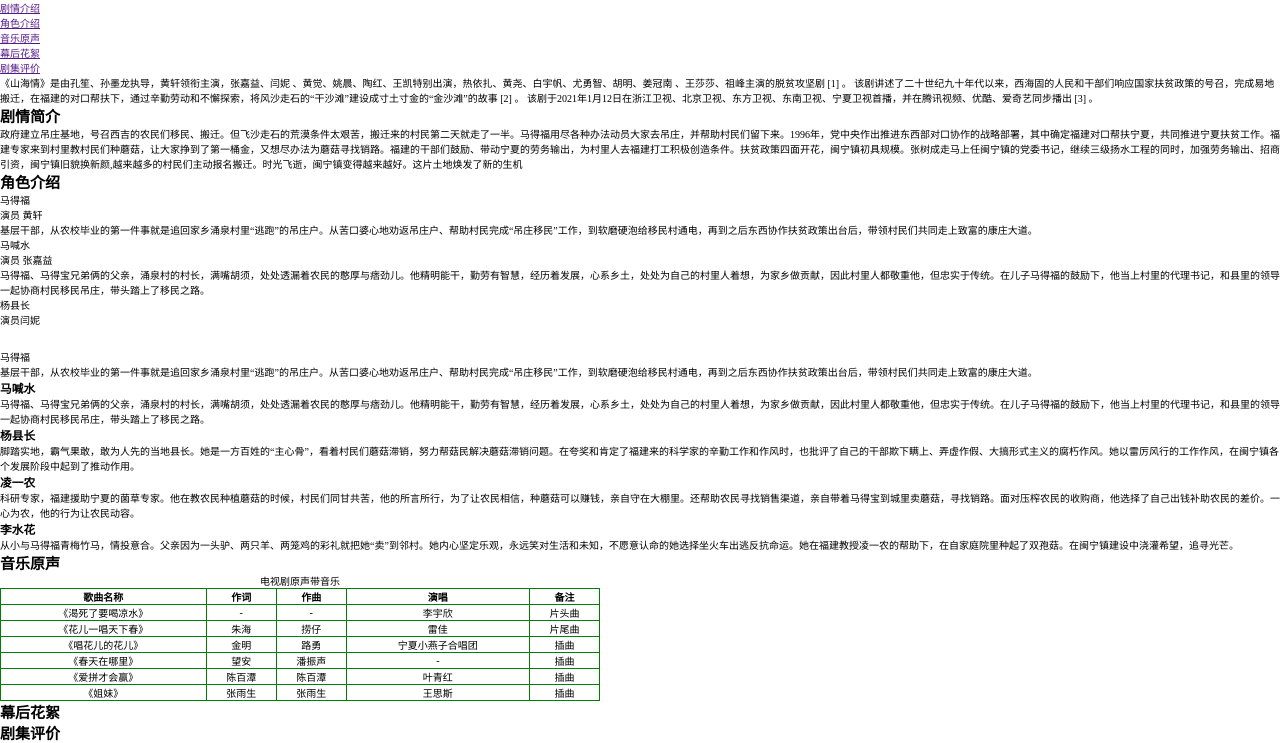
Repository: Lixianlai-2/static-website
Page: index.html
These files come from the project's save history. The page is drawn as it stood at one moment and after the next save; the edit follows.
The browser window is 1280 px wide. The pictures show the whole page.

Above is the page before, as saved 2021-11-30 20:19:47.

### index.html
<!DOCTYPE html>
<html lang="zh-CN">
  <head>
    <meta charset="UTF-8" />
    <meta http-equiv="X-UA-Compatible" content="IE=edge" />
    <meta
      name="viewport"
      content="width=device-width, initial-scale=1.0"
      content="ie=edge"
    />
    <title>山海情</title>

    <style>
      * {
        margin: 0;
        padding: 0;
        box-sizing: border-box;
      }

      body {
        font-size: 10px;
      }

      img {
        max-width: 100%;
      }

      table {
        text-align: center;
        max-width: 100%;
        width: 600px;
        table-layout: auto;
        border-collapse: collapse;
        border-spacing: 0;
      }

      th,
      td {
        border: 1px solid green;
      }
    </style>
  </head>
  <body>
    <nav>
      <ol>
        <li><a href="">剧情介绍</a></li>
        <li><a href="">角色介绍</a></li>
        <li><a href="">音乐原声</a></li>
        <li><a href="">幕后花絮</a></li>
        <li><a href="">剧集评价</a></li>
      </ol>
    </nav>

    <p>
      《山海情》是由孔笙、孙墨龙执导，黄轩领衔主演，张嘉益、闫妮
      、黄觉、姚晨、陶红、王凯特别出演，热依扎、黄尧、白宇帆、尤勇智、胡明、姜冠南
      、王莎莎、祖峰主演的脱贫攻坚剧 [1] 。
      该剧讲述了二十世纪九十年代以来，西海固的人民和干部们响应国家扶贫政策的号召，完成易地搬迁，在福建的对口帮扶下，通过辛勤劳动和不懈探索，将风沙走石的“干沙滩”建设成寸土寸金的“金沙滩”的故事
      [2] 。
      该剧于2021年1月12日在浙江卫视、北京卫视、东方卫视、东南卫视、宁夏卫视首播，并在腾讯视频、优酷、爱奇艺同步播出
      [3] 。
    </p>

    <h2>剧情简介</h2>
    <p>
      政府建立吊庄基地，号召西吉的农民们移民、搬迁。但飞沙走石的荒漠条件太艰苦，搬迁来的村民第二天就走了一半。马得福用尽各种办法动员大家去吊庄，并帮助村民们留下来。1996年，党中央作出推进东西部对口协作的战略部署，其中确定福建对口帮扶宁夏，共同推进宁夏扶贫工作。福建专家来到村里教村民们种蘑菇，让大家挣到了第一桶金，又想尽办法为蘑菇寻找销路。福建的干部们鼓励、带动宁夏的劳务输出，为村里人去福建打工积极创造条件。扶贫政策四面开花，闽宁镇初具规模。张树成走马上任闽宁镇的党委书记，继续三级扬水工程的同时，加强劳务输出、招商引资，闽宁镇旧貌换新颜,越来越多的村民们主动报名搬迁。时光飞逝，闽宁镇变得越来越好。这片土地焕发了新的生机
    </p>

    <h2>角色介绍</h2>

    <ul>
      <li>
        <dl>
          <dt>
            <!-- div.role-name>span.item-value+div.role-actor>span.item-key+span.item-value -->
            <div class="role-name">
              <span class="item-value">马得福</span>
              <div class="role-actor">
                <span class="item-key">演员</span>
                <span class="item-value">黄轩</span>
              </div>
            </div>
          </dt>
          <dl>
            <p>
              基层干部，从农校毕业的第一件事就是追回家乡涌泉村里“逃跑”的吊庄户。从苦口婆心地劝返吊庄户、帮助村民完成“吊庄移民”工作，到软磨硬泡给移民村通电，再到之后东西协作扶贫政策出台后，带领村民们共同走上致富的康庄大道。
            </p>
          </dl>
        </dl>
      </li>
      <li>
        <dl>
          <dt>
            <div class="role-name">
              <span class="item-value">马喊水</span>
              <div class="role-actor">
                <span class="item-key">演员</span
                ><span class="item-value"> 张嘉益</span>
                <dl>
                  <p>
                    马得福、马得宝兄弟俩的父亲，涌泉村的村长，满嘴胡须，处处透漏着农民的憨厚与痞劲儿。他精明能干，勤劳有智慧，经历着发展，心系乡土，处处为自己的村里人着想，为家乡做贡献，因此村里人都敬重他，但忠实于传统。在儿子马得福的鼓励下，他当上村里的代理书记，和县里的领导一起协商村民移民吊庄，带头踏上了移民之路。
                  </p>
                </dl>
              </div>
            </div>
          </dt>
        </dl>
      </li>
      <li>
        <dl>
          <dt>
            <div class="role-name">
              <span class="item-value">杨县长</span>
              <div class="role-actor">
                <span class="item-key">演员</span
                ><span class="item-value">闫妮</span>
                <dl></dl>
              </div>
            </div>
          </dt>
        </dl>
      </li>
      <li>
        <dl>
          <dt>
            <div class="role-name">
              <span class="item-value"></span>
              <div class="role-actor">
                <span class="item-key"></span><span class="item-value"></span>
                <dl></dl>
              </div>
            </div>
          </dt>
        </dl>
      </li>
      <li>
        <dl>
          <dt>
            <div class="role-name">
              <span class="item-value"></span>
              <div class="role-actor">
                <span class="item-key"></span><span class="item-value"></span>
                <dl></dl>
              </div>
            </div>
          </dt>
        </dl>
      </li>
    </ul>

    <!-- ul>(li>dl>dt>div.role-name>span.item-value+div.role-actor>span.item-key+span.item-value+dl)*5 -->
    <!-- div.role-name>span.item-value+div.role-actor>span.item-key+span.item-value -->

    <ul>
      <li>
        <p>马得福</p>
        <p>
          基层干部，从农校毕业的第一件事就是追回家乡涌泉村里“逃跑”的吊庄户。从苦口婆心地劝返吊庄户、帮助村民完成“吊庄移民”工作，到软磨硬泡给移民村通电，再到之后东西协作扶贫政策出台后，带领村民们共同走上致富的康庄大道。
        </p>
      </li>
      <li>
        <h3>马喊水</h3>
        <p>
          马得福、马得宝兄弟俩的父亲，涌泉村的村长，满嘴胡须，处处透漏着农民的憨厚与痞劲儿。他精明能干，勤劳有智慧，经历着发展，心系乡土，处处为自己的村里人着想，为家乡做贡献，因此村里人都敬重他，但忠实于传统。在儿子马得福的鼓励下，他当上村里的代理书记，和县里的领导一起协商村民移民吊庄，带头踏上了移民之路。
        </p>
      </li>
      <li>
        <h3>杨县长</h3>
        <p>
          脚踏实地，霸气果敢，敢为人先的当地县长。她是一方百姓的“主心骨”，看着村民们蘑菇滞销，努力帮菇民解决蘑菇滞销问题。在夸奖和肯定了福建来的科学家的辛勤工作和作风时，也批评了自己的干部欺下瞒上、弄虚作假、大搞形式主义的腐朽作风。她以雷厉风行的工作作风，在闽宁镇各个发展阶段中起到了推动作用。
        </p>
      </li>
      <li>
        <h3>凌一农</h3>
        <p>
          科研专家，福建援助宁夏的菌草专家。他在教农民种植蘑菇的时候，村民们同甘共苦，他的所言所行，为了让农民相信，种蘑菇可以赚钱，亲自守在大棚里。还帮助农民寻找销售渠道，亲自带着马得宝到城里卖蘑菇，寻找销路。面对压榨农民的收购商，他选择了自己出钱补助农民的差价。一心为农，他的行为让农民动容。
        </p>
      </li>
      <li>
        <h3>李水花</h3>
        <p>
          从小与马得福青梅竹马，情投意合。父亲因为一头驴、两只羊、两笼鸡的彩礼就把她“卖”到邻村。她内心坚定乐观，永远笑对生活和未知，不愿意认命的她选择坐火车出逃反抗命运。她在福建教授凌一农的帮助下，在自家庭院里种起了双孢菇。在闽宁镇建设中浇灌希望，追寻光芒。
        </p>
      </li>
    </ul>

    <h2>音乐原声</h2>
    <table>
      <caption>
        电视剧原声带音乐
      </caption>
      <thead>
        <tr>
          <th>歌曲名称</th>
          <th>作词</th>
          <th>作曲</th>
          <th>演唱</th>
          <th>备注</th>
        </tr>
      </thead>
      <tbody>
        <tr>
          <td>《渴死了要喝凉水》</td>
          <td>-</td>
          <td>-</td>
          <td>李宇欣</td>
          <td>片头曲</td>
        </tr>
        <tr>
          <td>《花儿一唱天下春》</td>
          <td>朱海</td>
          <td>捞仔</td>
          <td>雷佳</td>
          <td>片尾曲</td>
        </tr>
        <tr>
          <td>《唱花儿的花儿》</td>
          <td>金明</td>
          <td>路勇</td>
          <td>宁夏小燕子合唱团</td>
          <td>插曲</td>
        </tr>
        <tr>
          <td>《春天在哪里》</td>
          <td>望安</td>
          <td>潘振声</td>
          <td>-</td>
          <td>插曲</td>
        </tr>
        <tr>
          <td>《爱拼才会赢》</td>
          <td>陈百潭</td>
          <td>陈百潭</td>
          <td>叶青红</td>
          <td>插曲</td>
        </tr>
        <tr>
          <td>《姐妹》</td>
          <td>张雨生</td>
          <td>张雨生</td>
          <td>王思斯</td>
          <td>插曲</td>
        </tr>
      </tbody>
      <tfoot></tfoot>
    </table>

    <h2>幕后花絮</h2>
    <h2>剧集评价</h2>
  </body>
</html>

After the next save:
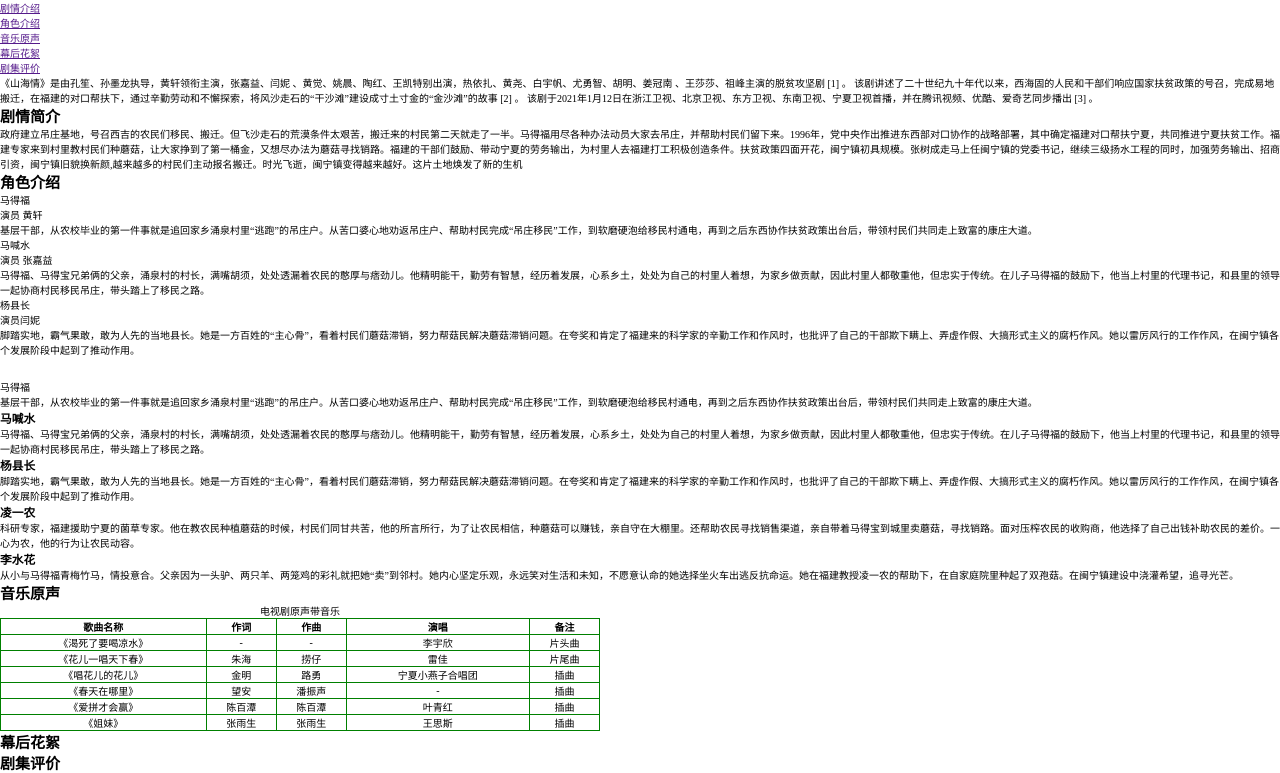
Saved 12 s later.
--- a/index.html
+++ b/index.html
@@ -114,7 +114,11 @@
               <div class="role-actor">
                 <span class="item-key">演员</span
                 ><span class="item-value">闫妮</span>
-                <dl></dl>
+                <dl>
+                  <p>
+                    脚踏实地，霸气果敢，敢为人先的当地县长。她是一方百姓的“主心骨”，看着村民们蘑菇滞销，努力帮菇民解决蘑菇滞销问题。在夸奖和肯定了福建来的科学家的辛勤工作和作风时，也批评了自己的干部欺下瞒上、弄虚作假、大搞形式主义的腐朽作风。她以雷厉风行的工作作风，在闽宁镇各个发展阶段中起到了推动作用。
+                  </p>
+                </dl>
               </div>
             </div>
           </dt>
